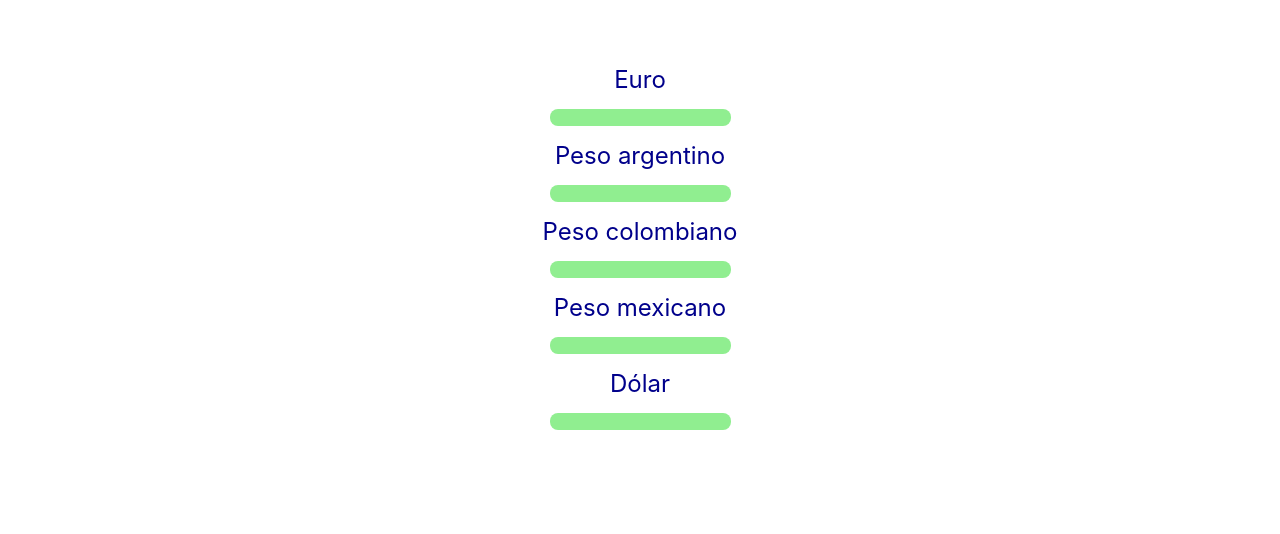
Repository: abgdev1997/ejercicios-react
Page: /
The author's editor kept a copy of each file at every save. The page is drawn from the files as they stood at one save, then again after the next save.
The browser window is 1280 px wide. The pictures show the whole page.
The project was rebuilt for these pictures with package versions that can differ from the ones it lists, and the page was loaded fresh each time.

Above is the page before, as saved 2022-02-22 14:07:23.

After the next save:
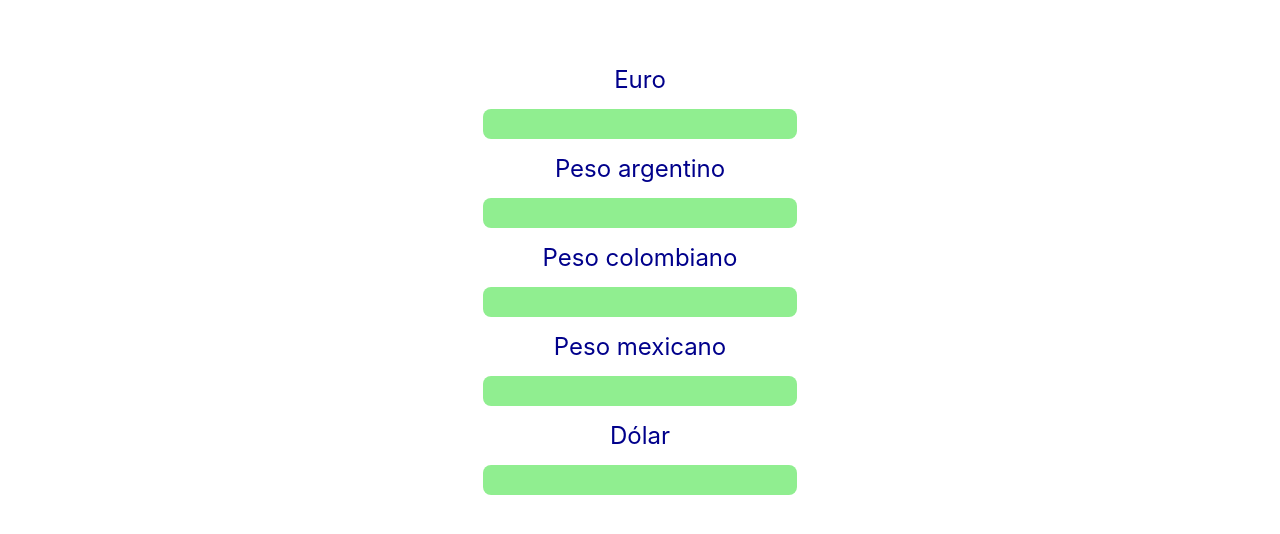
Saved 21 s later.
--- a/src/AppConversor.css
+++ b/src/AppConversor.css
@@ -15,5 +15,5 @@
     border: none;
     background-color: lightgreen;
     border-radius: 0.5rem;
-    height: 80%
+    font-size: 1.5rem;
 }
